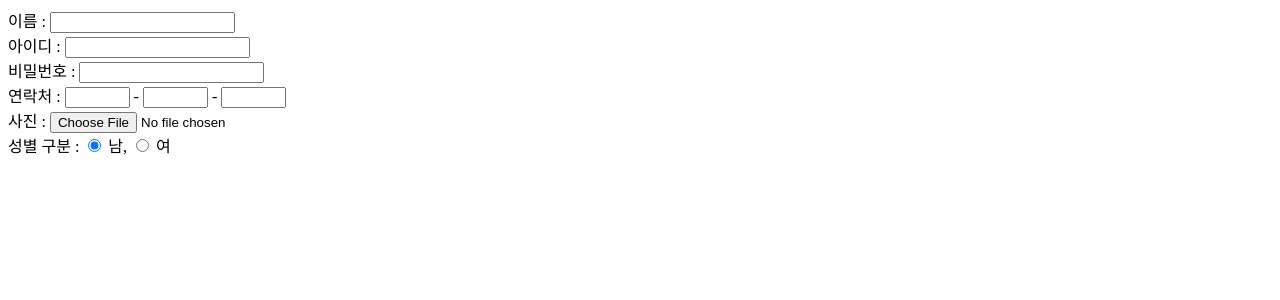
Repository: tjdwlsaos22/TJ_JSP
Page: jsp/HTML/src/main/webapp/Lec06.html
An editor plug-in stored every save of this project. The page is shown before and after the next save, followed by the edit.
The browser window is 1280 px wide. The pictures show the whole page.

Above is the page before, as saved 2024-01-17 04:54:31.

After the next save:
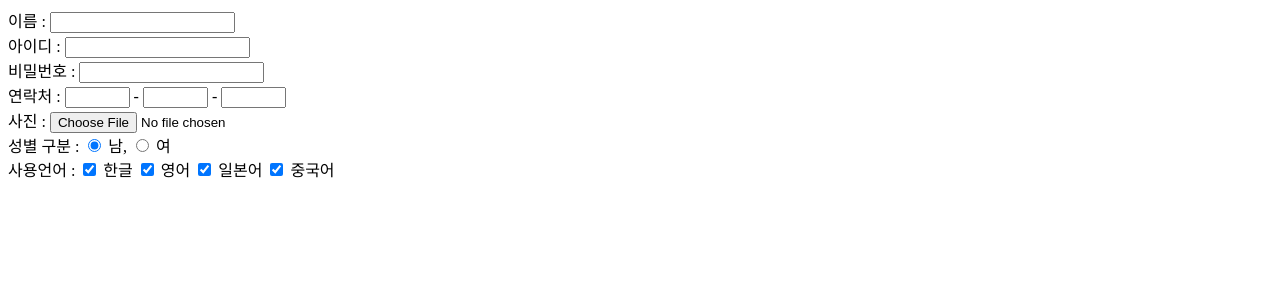
Saved 2 min 9 s later.
--- a/jsp/HTML/src/main/webapp/Lec06.html
+++ b/jsp/HTML/src/main/webapp/Lec06.html
@@ -17,6 +17,11 @@
 			성별 구분 :
 				<input type="radio" name="gender" value="man" checked="cheked"> 남,
 				<input type="radio" name="gender" value="woman"> 여 <br>
+			사용언어 :
+				<input type="checkbox" name="lang" value="kor" checked="checked"> 한글
+				<input type="checkbox" name="lang" value="eng" checked="checked"> 영어
+				<input type="checkbox" name="lang" value="jpn" checked="checked"> 일본어
+				<input type="checkbox" name="lang" value="chn" checked="checked"> 중국어 <br>
 		</form>
 	</body>
 </html>
